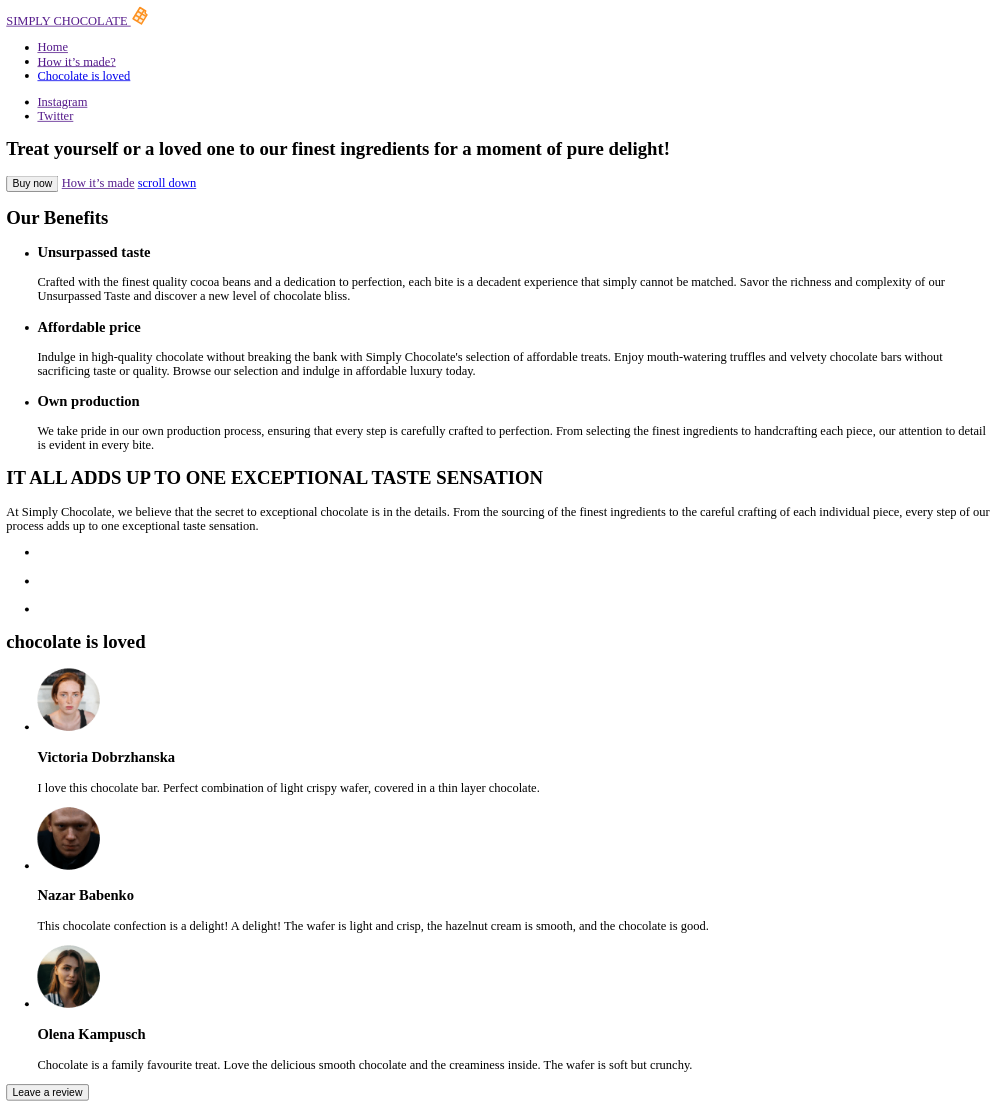
Repository: Sofiia-Khomyk/goit-markup-class-01
Page: index.html
An editor plug-in stored every save of this project. The page is shown before and after the next save, followed by the edit.
The browser window is 1280 px wide. The pictures show the whole page, at 78% of full size.

Above is the page before, as saved 2024-11-11 15:53:47.

### index.html
<!DOCTYPE html>
<html lang="en">
  <head>
    <meta charset="UTF-8" />
    <meta name="viewport" content="width=device-width, initial-scale=1.0" />
    <title>Chocolate</title>
  </head>
  <body>
    <!-- Page Header -->
    <header>
      <nav>
        <a href=""
          >SIMPLY CHOCOLATE
          <img src="./images/chocolate-logo.svg" alt="site logo" />
        </a>
        <ul>
          <li>
            <a href="">Home</a>
          </li>
          <li>
            <a href="">How it’s made?</a>
          </li>
          <li>
            <a href="#reviews">Chocolate is loved</a>
          </li>
        </ul>
      </nav>
      <ul>
        <li>
          <a href="" target="_blank" rel="noopener noreferrer">Instagram</a>
        </li>
        <li>
          <a href="" target="_blank" rel="noopener noreferrer">Twitter</a>
        </li>
      </ul>
    </header>

    <main>
      <!-- Hero Section -->
      <section>
        <h1>
          Treat yourself or a loved one to our finest ingredients for a moment
          of pure delight!
        </h1>
        <button type="button">Buy now</button>
        <a href="">How it’s made</a>
        <a href="#benefits">scroll down</a>
      </section>
      <!-- Our Benefits -->
      <section id="benefits">
        <h2>Our Benefits</h2>
        <ul>
          <li>
            <h3>Unsurpassed taste</h3>
            <p>
              Crafted with the finest quality cocoa beans and a dedication to
              perfection, each bite is a decadent experience that simply cannot
              be matched. Savor the richness and complexity of our Unsurpassed
              Taste and discover a new level of chocolate bliss.
            </p>
          </li>
          <li>
            <h3>Affordable price</h3>
            <p>
              Indulge in high-quality chocolate without breaking the bank with
              Simply Chocolate's selection of affordable treats. Enjoy
              mouth-watering truffles and velvety chocolate bars without
              sacrificing taste or quality. Browse our selection and indulge in
              affordable luxury today.
            </p>
          </li>
          <li>
            <h3>Own production</h3>
            <p>
              We take pride in our own production process, ensuring that every
              step is carefully crafted to perfection. From selecting the finest
              ingredients to handcrafting each piece, our attention to detail is
              evident in every bite.
            </p>
          </li>
        </ul>
      </section>
      <!-- Ingredients Section -->
      <section>
        <h2>IT ALL ADDS UP TO ONE EXCEPTIONAL TASTE SENSATION</h2>
        <p>
          At Simply Chocolate, we believe that the secret to exceptional
          chocolate is in the details. From the sourcing of the finest
          ingredients to the careful crafting of each individual piece, every
          step of our process adds up to one exceptional taste sensation.
        </p>
        <ul>
          <li>
            <img src="" alt="" />
            <h3></h3>
          </li>
          <li>
            <img src="" alt="" />
            <h3></h3>
          </li>
          <li>
            <img src="" alt="" />
            <h3></h3>
          </li>
        </ul>
      </section>
      <section><h2></h2></section>
      <!-- Reviews Section -->
      <section id="reviews">
        <h2>chocolate is loved</h2>
        <ul>
          <li>
            <img
              src="./images/reviews/vic-dob.png"
              alt="Victoria Dobrorzanska avatar"
              width="80"
              height="80"
            />
            <h3>Victoria Dobrzhanska</h3>
            <p>
              I love this chocolate bar. Perfect combination of light crispy
              wafer, covered in a thin layer chocolate.
            </p>
          </li>
          <li>
            <img
              src="./images/reviews/naz-bab.png"
              alt="Nazar Babenko avatar"
              width="80"
              height="80"
            />
            <h3>Nazar Babenko</h3>
            <p>
              This chocolate confection is a delight! A delight! The wafer is
              light and crisp, the hazelnut cream is smooth, and the chocolate
              is good.
            </p>
          </li>
          <li>
            <img
              src="./images/reviews/olen-kam.png"
              alt="Olena Kampusch avatar"
              width="80"
              height="80"
            />
            <h3>Olena Kampusch</h3>
            <p>
              Chocolate is a family favourite treat. Love the delicious smooth
              chocolate and the creaminess inside. The wafer is soft but
              crunchy.
            </p>
          </li>
        </ul>
        <button type="button">Leave a review</button>
      </section>
    </main>
    <footer></footer>
  </body>
</html>

After the next save:
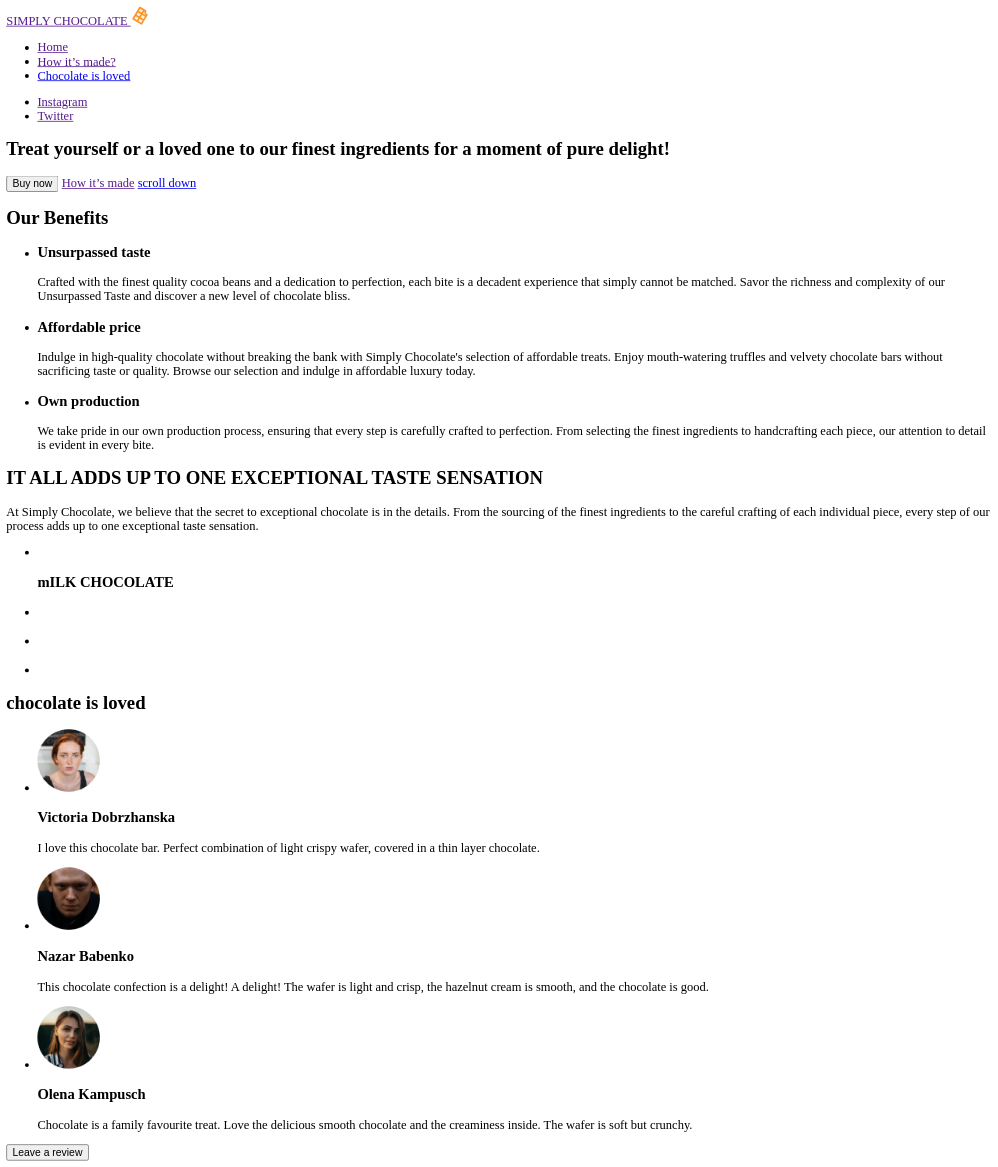
Saved 80 s later.
--- a/index.html
+++ b/index.html
@@ -92,6 +92,10 @@
         <ul>
           <li>
             <img src="" alt="" />
+            <h3>mILK CHOCOLATE</h3>
+          </li>
+          <li>
+            <img src="" alt="" />
             <h3></h3>
           </li>
           <li>
